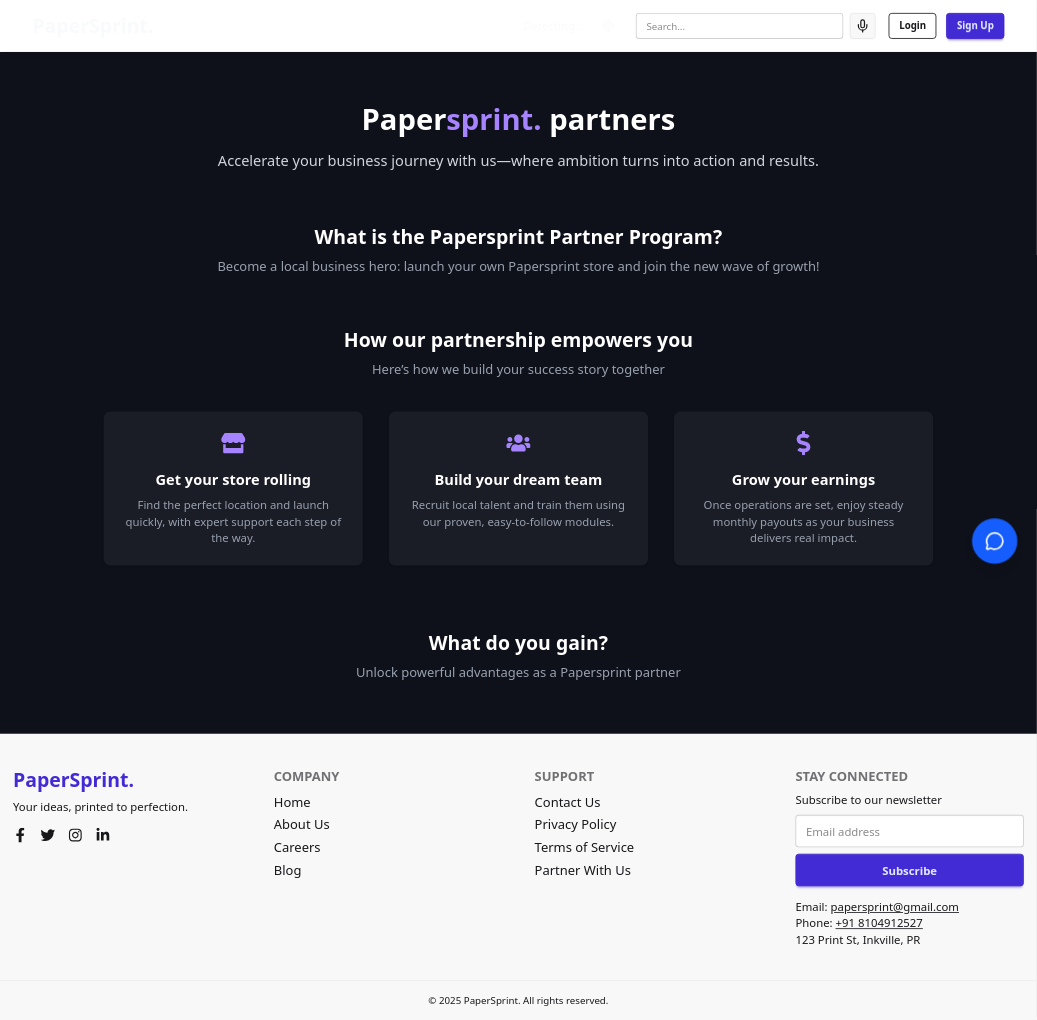
Repository: rakheOmar/print-sprint-2.0
Page: /about-us (app in client/)
An editor plug-in stored every save of this project. The page is shown before and after the next save, followed by the edit.
The browser window is 1280 px wide. The pictures show the whole page, at 81% of full size.
The page's requests for data from a server got no answer. The project was rebuilt for these pictures with package versions that can differ from the ones it lists, and the page was loaded fresh each time. Some packages were replaced by stand-ins written for this rebuild. No one was signed in, and anything a server would have sent is missing. Also part of the build but not shown: client/vite.config.js, client/src/components/LoginPage.jsx, client/src/components/SignUpPage.jsx, client/src/components/AuthModal.jsx, client/src/components/PartnerWithUs.jsx, client/src/components/DocumentSubmit.jsx, client/src/components/PaymentButton.jsx, client/src/components/Cart.jsx and 5 more.

Above is the page before, as saved 2025-07-24 23:55:40.

### client/src/main.jsx
import { StrictMode } from 'react'
import { createRoot } from 'react-dom/client'
import { AuthProvider } from './context/AuthContext.jsx'
import './index.css'
import App from './App.jsx'
import ChatBotWidget from './components/ChatBotWidget';
import { BrowserRouter } from 'react-router-dom'
import 'leaflet/dist/leaflet.css';

createRoot(document.getElementById('root')).render(
  <StrictMode>
    <BrowserRouter>
      <AuthProvider>
        <App />
        <ChatBotWidget />
      </AuthProvider>
    </BrowserRouter>
  </StrictMode>,
)

### client/src/context/AuthContext.jsx
import { createContext, useContext, useEffect, useState } from "react";

export const AuthContext = createContext();

export const AuthProvider = ({ children }) => {
  const [user, setUser] = useState(null);

  const loadUserFromToken = async () => {
    const token = localStorage.getItem("token");
    if (!token) return;

    try {
      const res = await fetch(`${import.meta.env.VITE_API_BASE_URL}/users/current-user`, {
        headers: {
          Authorization: `Bearer ${token}`,
        },
      });

      const data = await res.json();
      if (data.success) {
        setUser(data.data);
      }
    } catch (err) {
      console.error("Failed to load user", err);
    }
  };

  useEffect(() => {
    loadUserFromToken();
  }, []);

  // ✅ Logout helper
  const logout = () => {
    localStorage.removeItem("token");
    setUser(null);
  };

  return (
    <AuthContext.Provider value={{ user, setUser, logout }}>
      {children}
    </AuthContext.Provider>
  );
};

// ✅ Custom hook
export const useAuth = () => useContext(AuthContext);

### client/src/index.css
@import "tailwindcss";
@plugin "daisyui";

body, html, #root {
  margin: 0;
  padding: 0;
  width: 100%;
  height: 100%;
}

.typing-text {
  display: inline-block;
  overflow: hidden;
  white-space: nowrap;
  vertical-align: baseline;
  animation: typing 2s steps(24, end) forwards;
  max-width: 23ch;
}

@keyframes typing {
  from {
    width: 0;
    opacity: 0;
  }
  to {
    width: 100%;
    opacity: 1;
  }
}

@keyframes fadeInDown {
  from {
    opacity: 0;
    transform: translateY(-20px);
  }
  to {
    opacity: 1;
    transform: translateY(0);
  }
}

### client/src/App.jsx
import React from 'react';
import { Routes, Route, useLocation } from 'react-router-dom';

import Navbar from './components/Navbar.jsx';
import PartnerWithUsPage from './components/PartnerWithUs.jsx';
import PrintingPage from './components/DocumentSubmit.jsx';
import CartPage from './components/Cart.jsx';
import HeroSection from './components/Herosection.jsx';
import Card from './components/Card.jsx';
import Footer from './components/Footer.jsx';
import UserDashboard from './components/OrderDashboard.jsx';
import CourierDashboard from './components/CourierDashboard.jsx';
import ProfilePage from './components/Profile.jsx';
import PaymentButton from './components/PaymentButton.jsx';
import AboutUs from './components/AboutUs.jsx';


import './App.css';

const App = () => {
  const location = useLocation();
  const noNavbarPaths = ['/signup'];
  const shouldShowNavbar = !noNavbarPaths.includes(location.pathname);

  return (
    <div className="flex flex-col min-h-screen">
      {shouldShowNavbar && <Navbar />}

      <main className="flex-grow">
        <Routes>
          <Route path="/" element={<><HeroSection /><Card /></>} />
          <Route path="/print-section" element={<PrintingPage />} />
          <Route path="/cart" element={<CartPage />} />
          <Route path="/partner-with-us" element={<PartnerWithUsPage />} />
          <Route path="/order-dashboard" element={<UserDashboard />} />
          <Route path="/profile" element={<ProfilePage />} />
          <Route path="/payment" element={<PaymentButton amount={199} />} />
          <Route path="/courier-dashboard" element={<><Navbar /><CourierDashboard /><Footer /></>} />
          <Route path="/about-us" element={<AboutUs />} />
        </Routes>
      </main>

      <Footer />
    </div>
  );
};

export default App;

### client/src/components/Navbar.jsx
import React, { useState, useEffect } from 'react';
import { Mic, LocateFixed, ShoppingCart, User, LogOut, FileText } from 'lucide-react';
import { Link } from 'react-router-dom';
import AuthModal from './AuthModal';
import { useAuth } from '../context/AuthContext';

const Navbar = () => {
  const [authModalOpen, setAuthModalOpen] = useState(false);
  const [authMode, setAuthMode] = useState('login');
  const [location, setLocation] = useState('Detecting...');

  const { user, logout } = useAuth();

  const openLogin = () => {
    setAuthMode('login');
    setAuthModalOpen(true);
  };

  const openSignup = () => {
    setAuthMode('signup');
    setAuthModalOpen(true);
  };

  const handleVoiceSearch = () => {
    const recognition = new (window.SpeechRecognition || window.webkitSpeechRecognition)();
    recognition.onresult = (event) => {
      const voiceText = event.results[0][0].transcript;
      alert(`You said: ${voiceText}`);
    };
    recognition.start();
  };

  const detectLocation = () => {
    if (!navigator.geolocation) {
      setLocation('Geolocation unsupported');
      return;
    }

    navigator.geolocation.getCurrentPosition(
      async (position) => {
        const { latitude, longitude } = position.coords;
        try {
          const response = await fetch(
            `https://nominatim.openstreetmap.org/reverse?lat=${latitude}&lon=${longitude}&format=json`
          );
          const data = await response.json();

          const address = data.address || {};
          const city =
            address.city ||
            address.town ||
            address.village ||
            address.hamlet ||
            address.county ||
            address.state_district ||
            address.state ||
            address.country ||
            data.display_name ||
            'Unknown';
            let neighbourhood = address.neighbourhood + ', ' + city;
          setLocation(neighbourhood);
        } catch (err) {
          console.error('Failed to fetch location data:', err);
          setLocation('Location fetch failed');
        }
      },
      (error) => {
        console.error('Geolocation error:', error);
        switch (error.code) {
          case error.PERMISSION_DENIED:
            setLocation('Permission denied');
            break;
          case error.POSITION_UNAVAILABLE:
            setLocation('Location unavailable');
            break;
          case error.TIMEOUT:
            setLocation('Location request timed out');
            break;
          default:
            setLocation('Geolocation error');
        }
      },
      {
        enableHighAccuracy: true,
        timeout: 10000,
        maximumAge: 0,
      }
    );
  };

  useEffect(() => {
    detectLocation();
  }, []);

  return (
    <>
      <div className="navbar bg-base-100 shadow-md px-4 md:px-10 sticky top-0 z-50">
        {/* Logo */}
        <div className="flex-1">
          <Link to="/" className="text-2xl font-bold text-gray-50">PaperSprint.</Link>
        </div>

        {/* Location Display */}
        <div className="flex items-center gap-2 text-sm text-gray-50 font-medium">
          <span className="truncate max-w-[500px]">{location}</span>
          <button className="btn btn-sm btn-ghost" onClick={detectLocation} title="Detect Location">
            <LocateFixed size={18} />
          </button>
        </div>

        {/* Search */}
        <div className="flex items-center gap-2 ml-3">
          <input
            type="text"
            placeholder="Search..."
            className="input input-bordered input-sm w-48 md:w-64"
          />
          <button className="btn btn-square btn-sm" onClick={handleVoiceSearch}>
            <Mic size={18} />
          </button>
        </div>

        {/* Right Actions */}
        <div className="flex items-center gap-3 ml-4">
          {user ? (
            <>
              {/* Cart */}
              <Link to="/cart" className="btn btn-ghost btn-sm">
                <ShoppingCart size={20} />
              </Link>

              {/* User Dropdown */}
              <div className="dropdown dropdown-end">
                <div tabIndex={0} role="button" className="btn btn-circle avatar btn-ghost">
                  <div className="w-10 rounded-full ring ring-primary ring-offset-base-100 ring-offset-2">
                    <img src={user.avatar || '/default-avatar.png'} alt="User Avatar" />
                  </div>
                </div>
                <ul tabIndex={0} className="menu menu-sm dropdown-content mt-3 z-[99] p-2 shadow bg-base-100 rounded-box w-52">
                  <li>
                    <Link to="/profile" className="flex items-center gap-2">
                      <User size={16} /> Profile
                    </Link>
                  </li>
                  <li>
                    <Link to="/order-dashboard" className="flex items-center gap-2">
                      <FileText size={16} /> Orders
                    </Link>
                  </li>
                  <li>
                    <button
                      onClick={logout}
                      className="flex items-center gap-2 text-error font-semibold"
                    >
                      <LogOut size={16} /> Logout
                    </button>
                  </li>
                </ul>
              </div>
            </>
          ) : (
            <>
              <button onClick={openLogin} className="btn btn-outline btn-sm">Login</button>
              <button onClick={openSignup} className="btn btn-primary btn-sm">Sign Up</button>
            </>
          )}
        </div>
      </div>

      {/* Auth Modal */}
      <AuthModal
        isOpen={authModalOpen}
        onClose={() => setAuthModalOpen(false)}
        mode={authMode}
      />
    </>
  );
};

export default Navbar;

### client/src/components/Footer.jsx
import React from "react";
import { FaFacebookF, FaTwitter, FaInstagram, FaLinkedinIn } from "react-icons/fa";

const Footer = () => {
    const currentYear = new Date().getFullYear();

    return (
        <footer className="bg-base-200 text-base-content">
            <div className="max-w-7xl mx-auto px-4 py-10 grid grid-cols-1 md:grid-cols-4 gap-10">
                {/* Brand + Social */}
                <div>
                    <h2 className="text-2xl font-bold text-primary">PaperSprint.</h2>
                    <p className="mt-2 text-sm">Your ideas, printed to perfection.</p>
                    <div className="flex space-x-4 mt-4 text-lg">
                        <a href="https://facebook.com" target="_blank" rel="noreferrer" aria-label="Facebook">
                            <FaFacebookF />
                        </a>
                        <a href="https://twitter.com" target="_blank" rel="noreferrer" aria-label="Twitter">
                            <FaTwitter />
                        </a>
                        <a href="https://instagram.com" target="_blank" rel="noreferrer" aria-label="Instagram">
                            <FaInstagram />
                        </a>
                        <a href="https://linkedin.com" target="_blank" rel="noreferrer" aria-label="LinkedIn">
                            <FaLinkedinIn />
                        </a>
                    </div>
                </div>

                {/* Company Links */}
                <div>
                    <h3 className="footer-title">Company</h3>
                    <ul className="space-y-1">
                        <li><a className="link link-hover" href="/home">Home</a></li>
                        <li><a className="link link-hover" href="/about-us">About Us</a></li>
                        <li><a className="link link-hover" href="/careers">Careers</a></li>
                        <li><a className="link link-hover" href="/blog">Blog</a></li>
                    </ul>
                </div>

                {/* Support Links */}
                <div>
                    <h3 className="footer-title">Support</h3>
                    <ul className="space-y-1">
                        <li><a className="link link-hover" href="/contact">Contact Us</a></li>
                        <li><a className="link link-hover" href="/privacy-policy">Privacy Policy</a></li>
                        <li><a className="link link-hover" href="/terms-of-service">Terms of Service</a></li>
                        <li><a className="link link-hover" href="/partner-with-us">Partner With Us</a></li>
                    </ul>
                </div>

                {/* Newsletter */}
                <div>
                    <h3 className="footer-title">Stay Connected</h3>
                    <p className="text-sm mb-2">Subscribe to our newsletter</p>
                    <form className="form-control">
                        <input type="email" placeholder="Email address" className="input input-bordered mb-2" />
                        <button className="btn btn-primary w-full">Subscribe</button>
                    </form>
                    <div className="mt-4 text-sm">
                        <p>Email: <a href="mailto:papersprint@gmail.com.com" className="link">papersprint@gmail.com</a></p>
                        <p>Phone: <a href="tel:+918104912527" className="link">+91 8104912527</a></p>
                        <p>123 Print St, Inkville, PR</p>
                    </div>
                </div>
            </div>

            {/* Bottom Note */}
            <div className="text-center text-xs py-4 border-t border-base-300">
                © {currentYear} PaperSprint. All rights reserved.
            </div>
        </footer>
    );
};

export default Footer;

### client/src/components/AboutUs.jsx
import { FaStore, FaUsers, FaDollarSign } from 'react-icons/fa';

function AboutUs() {
  return (
    <div className="bg-[#0f111a] text-white min-h-screen py-16 px-4">
      <div className="max-w-5xl mx-auto text-center">
        <h1 className="text-4xl font-bold">
          Paper<span className="text-violet-400">sprint.</span> <span className="text-white">partners</span>
        </h1>
        <p className="text-lg mt-4 text-gray-300">
          Accelerate your business journey with us—where ambition turns into action and results.
        </p>

        <div className="mt-16">
          <h2 className="text-2xl font-semibold">What is the Papersprint Partner Program?</h2>
          <p className="mt-2 text-gray-400">
            Become a local business hero: launch your own Papersprint store and join the new wave of growth!
          </p>
        </div>

        <div className="mt-16">
          <h2 className="text-2xl font-semibold">How our partnership empowers you</h2>
          <p className="text-gray-400 mt-2">Here’s how we build your success story together</p>

          <div className="grid md:grid-cols-3 gap-8 mt-10">
            <div className="bg-[#1a1c26] p-6 rounded-lg shadow hover:shadow-lg transition">
              <FaStore className="text-violet-400 text-3xl mb-4 mx-auto" />
              <h3 className="text-lg font-semibold">Get your store rolling</h3>
              <p className="text-gray-400 mt-2 text-sm">
                Find the perfect location and launch quickly, with expert support each step of the way.
              </p>
            </div>

            <div className="bg-[#1a1c26] p-6 rounded-lg shadow hover:shadow-lg transition">
              <FaUsers className="text-violet-400 text-3xl mb-4 mx-auto" />
              <h3 className="text-lg font-semibold">Build your dream team</h3>
              <p className="text-gray-400 mt-2 text-sm">
                Recruit local talent and train them using our proven, easy-to-follow modules.
              </p>
            </div>

            <div className="bg-[#1a1c26] p-6 rounded-lg shadow hover:shadow-lg transition">
              <FaDollarSign className="text-violet-400 text-3xl mb-4 mx-auto" />
              <h3 className="text-lg font-semibold">Grow your earnings</h3>
              <p className="text-gray-400 mt-2 text-sm">
                Once operations are set, enjoy steady monthly payouts as your business delivers real impact.
              </p>
            </div>
          </div>
        </div>

        <div className="mt-20">
          <h2 className="text-2xl font-semibold">What do you gain?</h2>
          <p className="text-gray-400 mt-2">Unlock powerful advantages as a Papersprint partner</p>
        </div>
      </div>
    </div>
  );
}

export default AboutUs;

### client/src/App.css
@import "tailwindcss";
@plugin "daisyui";

body, html, #root {
  margin: 0;
  padding: 0;
  width: 100%;
  height: 100%;
}

Loaded but not shown: client/index.html (common file); client/src/components/ChatBotWidget.jsx (175 lines, source omitted)

After the next save:
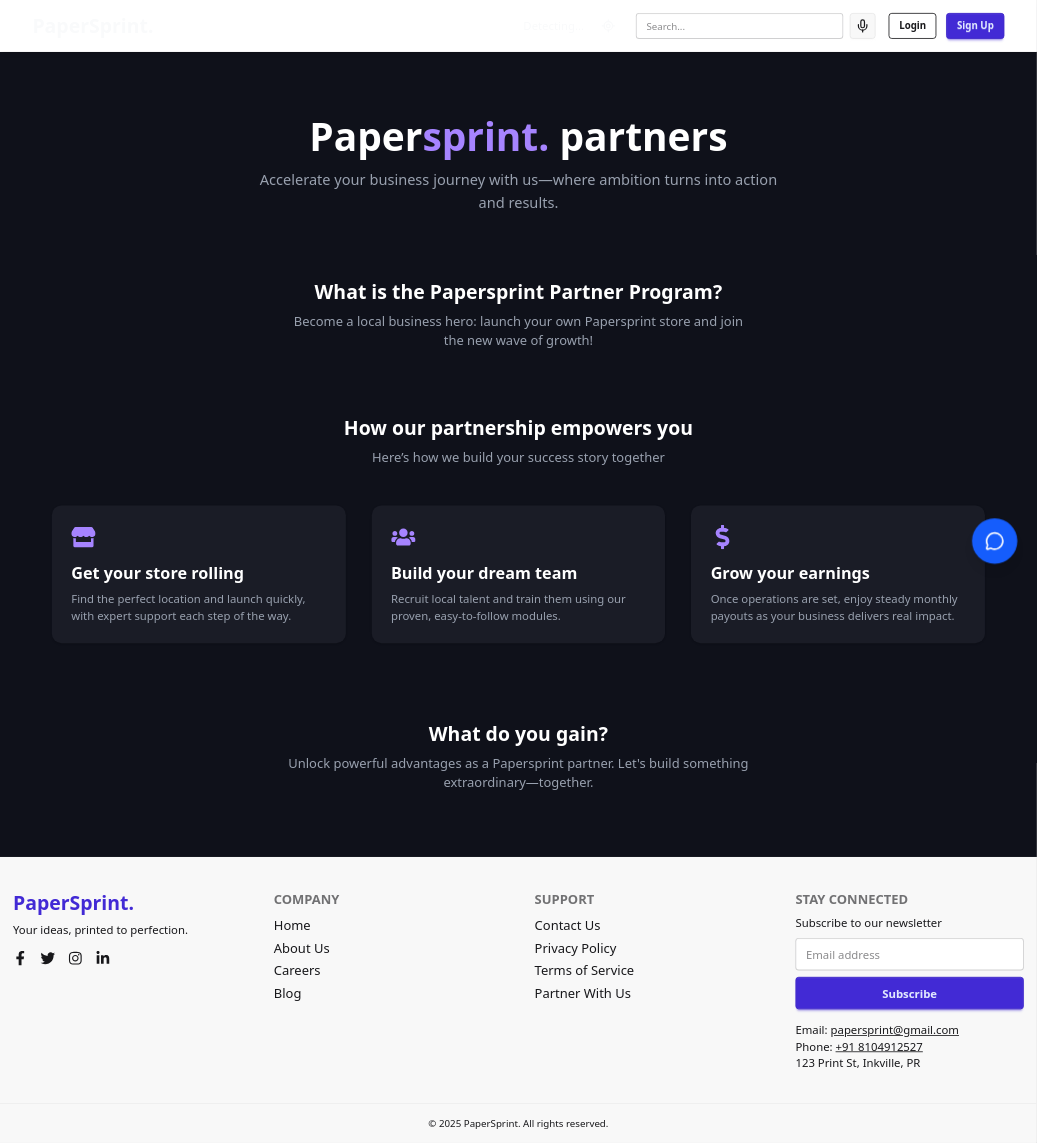
Saved 63 s later.
--- a/client/src/components/AboutUs.jsx
+++ b/client/src/components/AboutUs.jsx
@@ -1,47 +1,55 @@
+import React from 'react';
 import { FaStore, FaUsers, FaDollarSign } from 'react-icons/fa';
 
-function AboutUs() {
+const AboutUs = () => {
   return (
-    <div className="bg-[#0f111a] text-white min-h-screen py-16 px-4">
-      <div className="max-w-5xl mx-auto text-center">
-        <h1 className="text-4xl font-bold">
+    <div className="bg-[#0f111a] text-white min-h-screen px-6 py-20">
+      <div className="max-w-6xl mx-auto text-center">
+
+        {/* Heading */}
+        <h1 className="text-4xl md:text-5xl font-bold">
           Paper<span className="text-violet-400">sprint.</span> <span className="text-white">partners</span>
         </h1>
-        <p className="text-lg mt-4 text-gray-300">
+        <p className="text-gray-400 mt-4 text-lg max-w-2xl mx-auto">
           Accelerate your business journey with us—where ambition turns into action and results.
         </p>
 
-        <div className="mt-16">
+        {/* Section 1 */}
+        <div className="mt-20">
           <h2 className="text-2xl font-semibold">What is the Papersprint Partner Program?</h2>
-          <p className="mt-2 text-gray-400">
+          <p className="mt-2 text-gray-400 max-w-xl mx-auto">
             Become a local business hero: launch your own Papersprint store and join the new wave of growth!
           </p>
         </div>
 
-        <div className="mt-16">
+        {/* Section 2: Benefits */}
+        <div className="mt-20">
           <h2 className="text-2xl font-semibold">How our partnership empowers you</h2>
-          <p className="text-gray-400 mt-2">Here’s how we build your success story together</p>
+          <p className="mt-2 text-gray-400">Here’s how we build your success story together</p>
 
-          <div className="grid md:grid-cols-3 gap-8 mt-10">
-            <div className="bg-[#1a1c26] p-6 rounded-lg shadow hover:shadow-lg transition">
-              <FaStore className="text-violet-400 text-3xl mb-4 mx-auto" />
-              <h3 className="text-lg font-semibold">Get your store rolling</h3>
+          <div className="grid grid-cols-1 md:grid-cols-3 gap-8 mt-12 text-left">
+            {/* Card 1 */}
+            <div className="bg-[#1a1c26] p-6 rounded-xl shadow hover:shadow-violet-500/30 transition-all">
+              <FaStore className="text-violet-400 text-3xl mb-4" />
+              <h3 className="text-xl font-semibold">Get your store rolling</h3>
               <p className="text-gray-400 mt-2 text-sm">
                 Find the perfect location and launch quickly, with expert support each step of the way.
               </p>
             </div>
 
-            <div className="bg-[#1a1c26] p-6 rounded-lg shadow hover:shadow-lg transition">
-              <FaUsers className="text-violet-400 text-3xl mb-4 mx-auto" />
-              <h3 className="text-lg font-semibold">Build your dream team</h3>
+            {/* Card 2 */}
+            <div className="bg-[#1a1c26] p-6 rounded-xl shadow hover:shadow-violet-500/30 transition-all">
+              <FaUsers className="text-violet-400 text-3xl mb-4" />
+              <h3 className="text-xl font-semibold">Build your dream team</h3>
               <p className="text-gray-400 mt-2 text-sm">
                 Recruit local talent and train them using our proven, easy-to-follow modules.
               </p>
             </div>
 
-            <div className="bg-[#1a1c26] p-6 rounded-lg shadow hover:shadow-lg transition">
-              <FaDollarSign className="text-violet-400 text-3xl mb-4 mx-auto" />
-              <h3 className="text-lg font-semibold">Grow your earnings</h3>
+            {/* Card 3 */}
+            <div className="bg-[#1a1c26] p-6 rounded-xl shadow hover:shadow-violet-500/30 transition-all">
+              <FaDollarSign className="text-violet-400 text-3xl mb-4" />
+              <h3 className="text-xl font-semibold">Grow your earnings</h3>
               <p className="text-gray-400 mt-2 text-sm">
                 Once operations are set, enjoy steady monthly payouts as your business delivers real impact.
               </p>
@@ -49,13 +57,17 @@ function AboutUs() {
           </div>
         </div>
 
-        <div className="mt-20">
+        {/* Section 3: Call to action */}
+        <div className="mt-24">
           <h2 className="text-2xl font-semibold">What do you gain?</h2>
-          <p className="text-gray-400 mt-2">Unlock powerful advantages as a Papersprint partner</p>
+          <p className="text-gray-400 mt-2 max-w-xl mx-auto">
+            Unlock powerful advantages as a Papersprint partner. Let's build something extraordinary—together.
+          </p>
         </div>
+
       </div>
     </div>
   );
-}
+};
 
 export default AboutUs;
